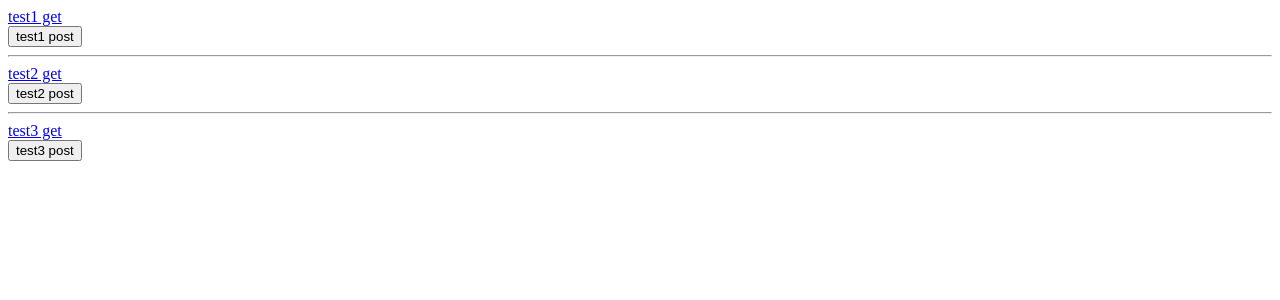
Repository: sudale/java_study
Page: http://localhost/RequestMethod/
These files come from the project's save history. The page is drawn as it stood at one moment and after the next save; the edit follows.
The browser window is 1280 px wide. The pictures show the whole page.
The page is served by Tomcat 9.

Above is the page before, as saved 2022-12-08 05:13:56.

After the next save:
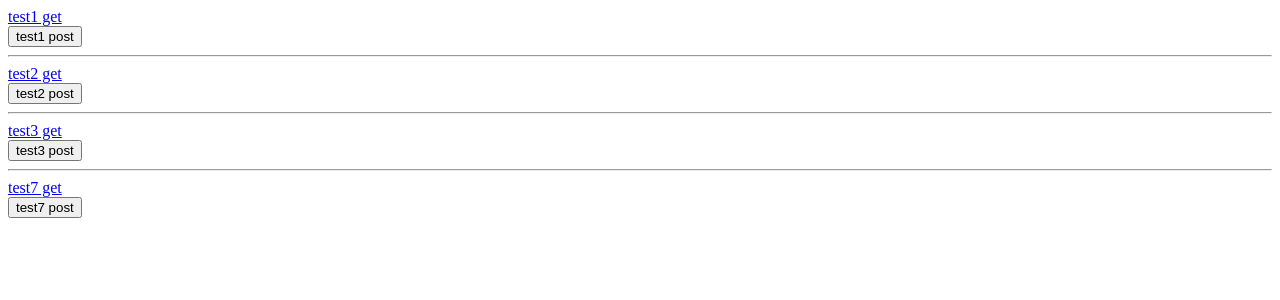
Saved 28 s later.
--- a/RequestMethod/WebContent/WEB-INF/views/index.jsp
+++ b/RequestMethod/WebContent/WEB-INF/views/index.jsp
@@ -29,5 +29,13 @@
 		<button type='submit'>test3 post</button>
 	</form>
 
+	<hr />
+
+	<a href='test7'>test7 get</a>
+	<br />
+	<form action='test7' method='post'>
+		<button type='submit'>test7 post</button>
+	</form>
+
 </body>
 </html>
